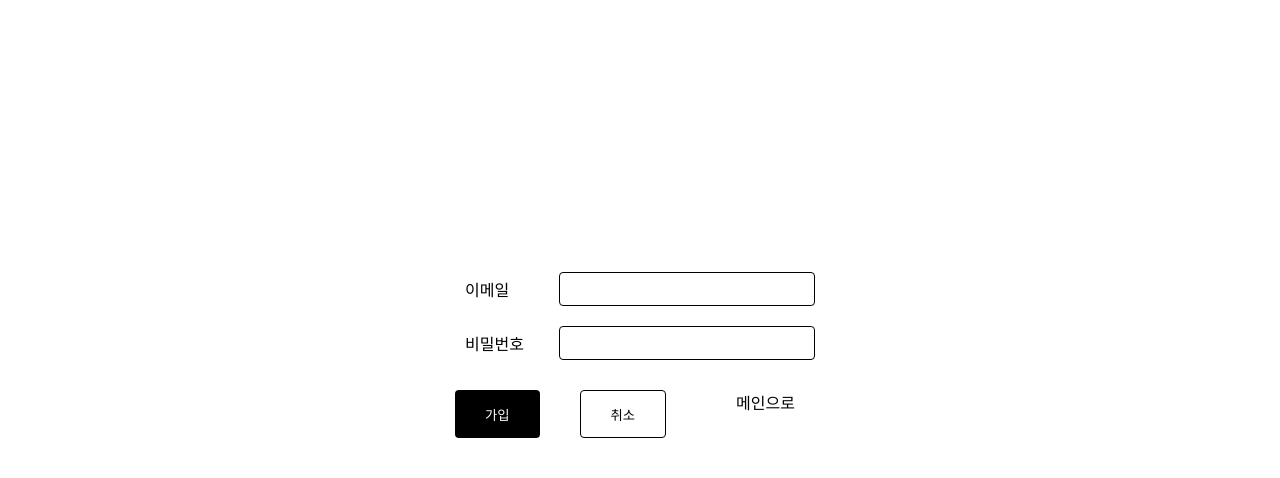
Repository: momo0170/react-shopping
Page: /register
These files come from the project's save history. The page is drawn as it stood at one moment and after the next save; the edit follows.
The browser window is 1280 px wide. The pictures show the whole page.
The page's requests for data from a server got no answer. Some web fonts or font styles are not loaded; a fallback is used. The project was rebuilt for these pictures with package versions that can differ from the ones it lists, and the page was loaded fresh each time. No one was signed in, and anything a server would have sent is missing. Also part of the build but not shown: src/App.css, src/css/Header.module.css, src/components/Header.jsx, src/App.js, src/router/Products.jsx, src/css/Login.module.css, src/router/Login.jsx.

Above is the page before, as saved 2023-02-24 19:06:29.

### public/index.html
<!DOCTYPE html>
<html lang="en">
  <head>
    <meta charset="utf-8" />
    <link rel="icon" href="%PUBLIC_URL%/images/shopping.png" />
    <meta name="viewport" content="width=device-width, initial-scale=1" />
    <meta name="theme-color" content="#000000" />
    <meta
      name="description"
      content="Web site created using create-react-app"
    />
    <!-- <link rel="apple-touch-icon" href="%PUBLIC_URL%/logo192.png" /> -->
    <!--
      manifest.json provides metadata used when your web app is installed on a
      user's mobile device or desktop. See https://developers.google.com/web/fundamentals/web-app-manifest/
    -->

    <!--
      Notice the use of %PUBLIC_URL% in the tags above.
      It will be replaced with the URL of the `public` folder during the build.
      Only files inside the `public` folder can be referenced from the HTML.

      Unlike "/favicon.ico" or "favicon.ico", "%PUBLIC_URL%/favicon.ico" will
      work correctly both with client-side routing and a non-root public URL.
      Learn how to configure a non-root public URL by running `npm run build`.
    -->
    <title>Shoppy</title>
    <link rel="preconnect" href="https://fonts.googleapis.com" />
    <link rel="preconnect" href="https://fonts.gstatic.com" crossorigin />
    <link
      href="https://fonts.googleapis.com/css2?family=Nanum+Gothic+Coding&display=swap"
      rel="stylesheet"
    />
  </head>
  <body>
    <noscript>You need to enable JavaScript to run this app.</noscript>
    <div id="root"></div>
    <!--
      This HTML file is a template.
      If you open it directly in the browser, you will see an empty page.

      You can add webfonts, meta tags, or analytics to this file.
      The build step will place the bundled scripts into the <body> tag.

      To begin the development, run `npm start` or `yarn start`.
      To create a production bundle, use `npm run build` or `yarn build`.
    -->
  </body>
</html>

### src/index.js
import React from 'react';
import ReactDOM from 'react-dom/client';
import './index.css';
import App from './App';
import { createBrowserRouter, RouterProvider } from 'react-router-dom';
import Products from './router/Products';
import Login from './router/Login';
import Register from './router/Register';

const router = createBrowserRouter([
  {
    path: '/',
    element: <App />,
    children: [
      {
        index: true,
        element: <Products />,
      },
    ],
  },
  {
    path: '/login',
    element: <Login />,
  },
  {
    path: '/register',
    element: <Register />,
  },
]);
const root = ReactDOM.createRoot(document.getElementById('root'));
root.render(
  <RouterProvider router={router}>
    <App />
  </RouterProvider>
);

### src/index.css
:root {
  --margin-small: 5px;
  --margin-medium: 10px;
  --margin-large: 20px;
  --margin-xlarge: 30px;

  --font-xsmall: 14px;
  --font-small: 16px;
  --font-medium: 24px;
  --font-large: 32px;
  --font-xlarge: 36px;
  --font-xxlarge: 44px;
}

body {
  margin: 0;
  font-family: 'Nanum Gothic Coding', monospace;
}

button {
  font-family: 'Nanum Gothic Coding', monospace;
}

### src/router/Register.jsx
import React, { useState } from 'react';
import { registerUser } from '../firebase/Firebase-Auth';
import styles from '../css/Register.module.css';
import { useNavigate } from 'react-router-dom';

export default function Register() {
  const navigate = useNavigate();
  const [account, setAccount] = useState({
    email: '',
    password: '',
  });

  const onChangeAccount = (e) => {
    setAccount({
      ...account,
      [e.target.name]: e.target.value,
    });
  };

  // 회원가입
  const registerAccount = () => {
    const result = window.confirm('가입하시겠습니까?');
    result && registerUser(account.email, account.password);
  };

  const goToHome = () => {
    navigate('/');
  };
  console.log(`이메일 : ${account.email}`);
  console.log(`비밀번호 : ${account.password}`);
  return (
    <main className={styles.main}>
      <div className={styles.email}>
        <span>이메일</span>
        <input type="text" name="email" onChange={onChangeAccount} />
      </div>
      <div className={styles.password}>
        <span>비밀번호</span>
        <input type="password" name="password" onChange={onChangeAccount} />
      </div>
      <div className={styles.btns}>
        <button onClick={registerAccount} className={styles.registerBtn}>
          가입
        </button>
        <button className={styles.cancelBtn}>취소</button>
        <div>
          <span className={styles.homeBtn} onClick={goToHome}>
            메인으로
          </span>
        </div>
      </div>
    </main>
  );
}

### src/firebase/Firebase-Auth.js
import { initializeApp } from 'firebase/app';
import { getAuth, createUserWithEmailAndPassword } from 'firebase/auth';

const firebaseConfig = {
  apiKey: process.env.REACT_APP_API_KEY,
  authDomain: process.env.REACT_APP_AUTH_DOMAIN,
  databaseURL: process.env.REACT_APP_DATABASE_URL,
  projectId: process.env.REACT_APP_PROJECT_ID,
  storageBucket: process.env.REACT_APP_STORAGE_BUCKET,
  messagingSenderId: process.env.REACT_APP_MESSAGING_ID,
  appId: process.env.REACT_APP_APP_ID,
};

const app = initializeApp(firebaseConfig);
const auth = getAuth(app);

// firebase에 사용자 등록
export function registerUser(email, password) {
  createUserWithEmailAndPassword(auth, email, password)
    .then((userCredential) => {
      // Signed in
      const user = userCredential.user;
      console.log(user);
      // ...
    })
    .catch((error) => {
      console.log(error);
      // ..
    });
}

### src/css/Register.module.css
.main {
  display: flex;
  flex-direction: column;
  justify-content: center;
  align-items: center;
  width: 500px;
  height: 100vh;
  margin: 0 auto;
}

.email,
.password {
  width: 350px;
  display: flex;
  justify-content: space-between;
  align-items: center;
}

.email input,
.password input {
  width: 250px;
  height: 30px;
  margin: var(--margin-medium) 0;
  border: 0.5px solid black;
  border-radius: 4px;
  font-size: var(--font-small);
}

.email input:focus,
.password input:focus {
  outline: 1px solid black;
}

.btns {
  display: flex;
  justify-content: space-evenly;
}
.btns * {
  border: none;
  border-radius: 4px;
  cursor: pointer;
  margin: var(--margin-large);
  padding: calc(var(--margin-large) / 1.5) calc(var(--margin-large) * 1.5);
  /* font-size: var(--font-small); */
}
.registerBtn {
  color: white;
  background-color: black;
}
.btns div {
  padding-top: 0;
  padding-bottom: 0;
}
.homeBtn {
  padding: 0;
  margin: 0;
}
.cancelBtn {
  background-color: white;
  border: 1px solid black;
}

After the next save:
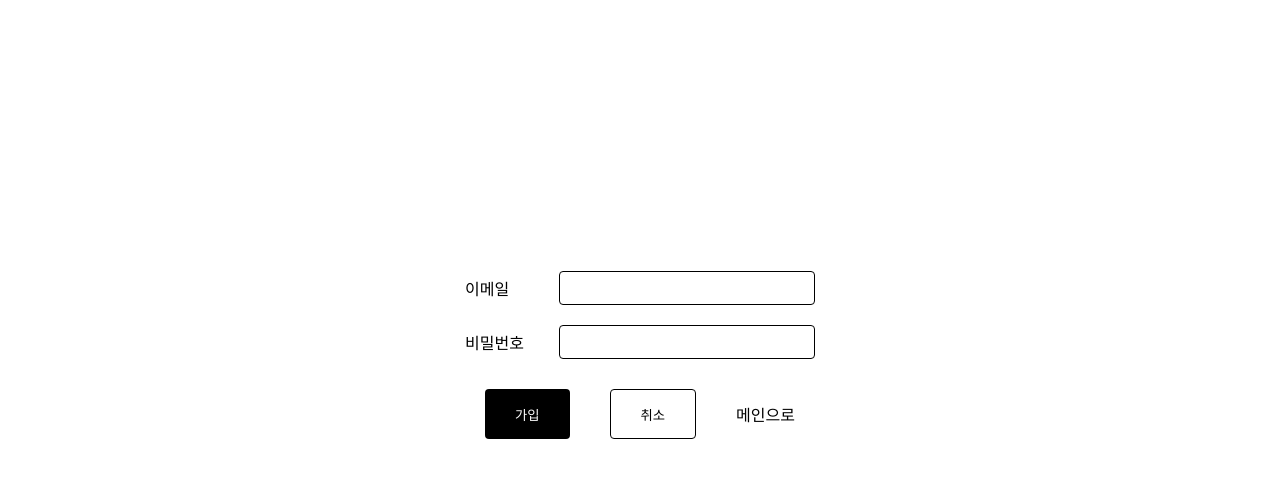
Saved 7 s later.
--- a/src/css/Register.module.css
+++ b/src/css/Register.module.css
@@ -48,8 +48,8 @@
   background-color: black;
 }
 .btns div {
-  padding-top: 0;
-  padding-bottom: 0;
+  padding-right: 0;
+  padding-left: 0;
 }
 .homeBtn {
   padding: 0;
